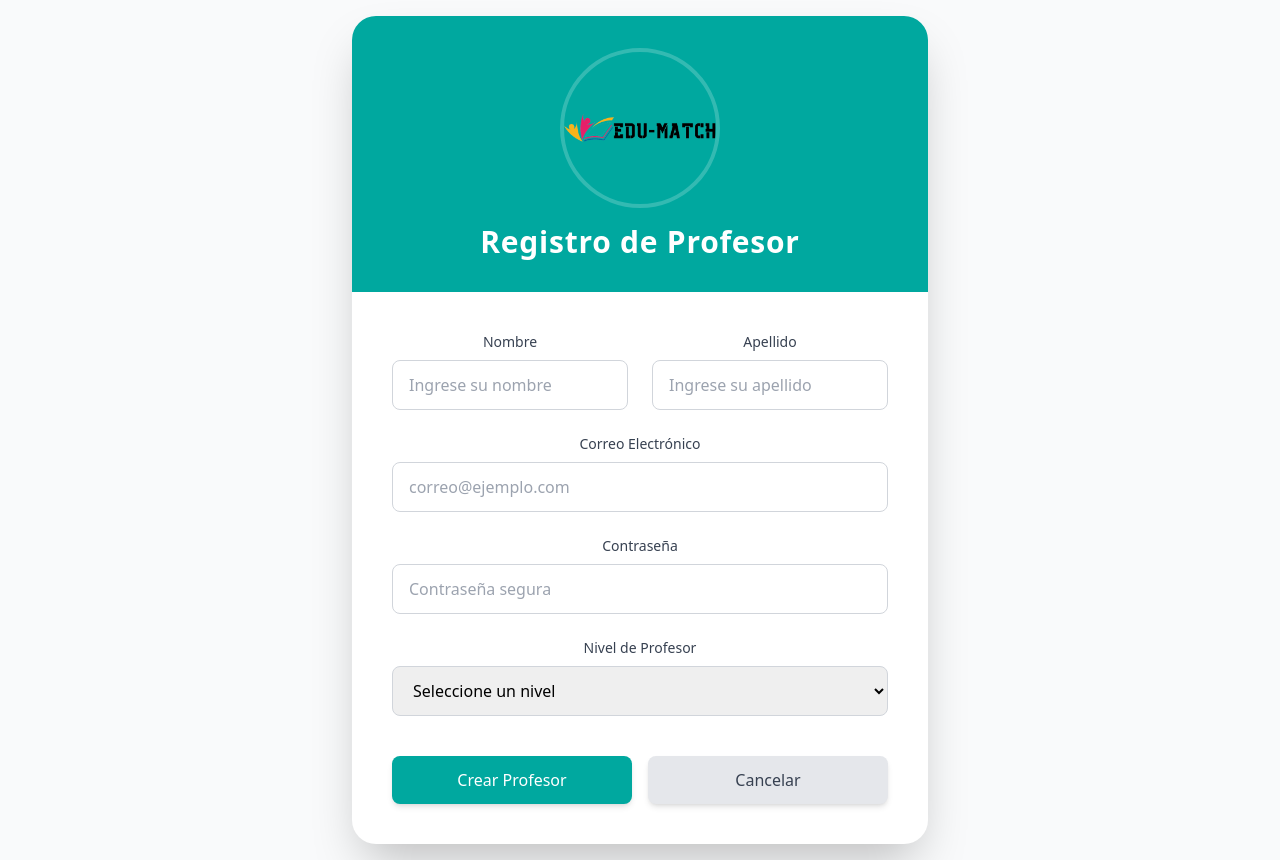
Repository: sofikalpin/EduMatch
Page: /administrador/listaProfesores/nuevoProfesor (app in frontend-sistema-apoyo/frontend-sistema-apoyo/)
The author's editor kept a copy of each file at every save. The page is drawn from the files as they stood at one save, then again after the next save.
The browser window is 1280 px wide. The pictures show the whole page.
The project was rebuilt for these pictures with package versions that can differ from the ones it lists, and the page was loaded fresh each time. Also part of the build but not shown: frontend-sistema-apoyo/frontend-sistema-apoyo/src/componentes/inicio/Componentes/TopBar.js, frontend-sistema-apoyo/frontend-sistema-apoyo/src/componentes/inicio/Componentes/ProgramDropdown.js, frontend-sistema-apoyo/frontend-sistema-apoyo/src/componentes/inicio/Componentes/Header.js, frontend-sistema-apoyo/frontend-sistema-apoyo/src/componentes/inicio/Componentes/Footer.js, frontend-sistema-apoyo/frontend-sistema-apoyo/src/componentes/inicio/Inicio/Inicio.js, frontend-sistema-apoyo/frontend-sistema-apoyo/src/componentes/login/ForgotPassword.js, frontend-sistema-apoyo/frontend-sistema-apoyo/src/componentes/login/Login.js, frontend-sistema-apoyo/frontend-sistema-apoyo/src/componentes/registrar/Registrar.js and 23 more.

Above is the page before, as saved 2025-02-03 23:01:52.

After the next save:
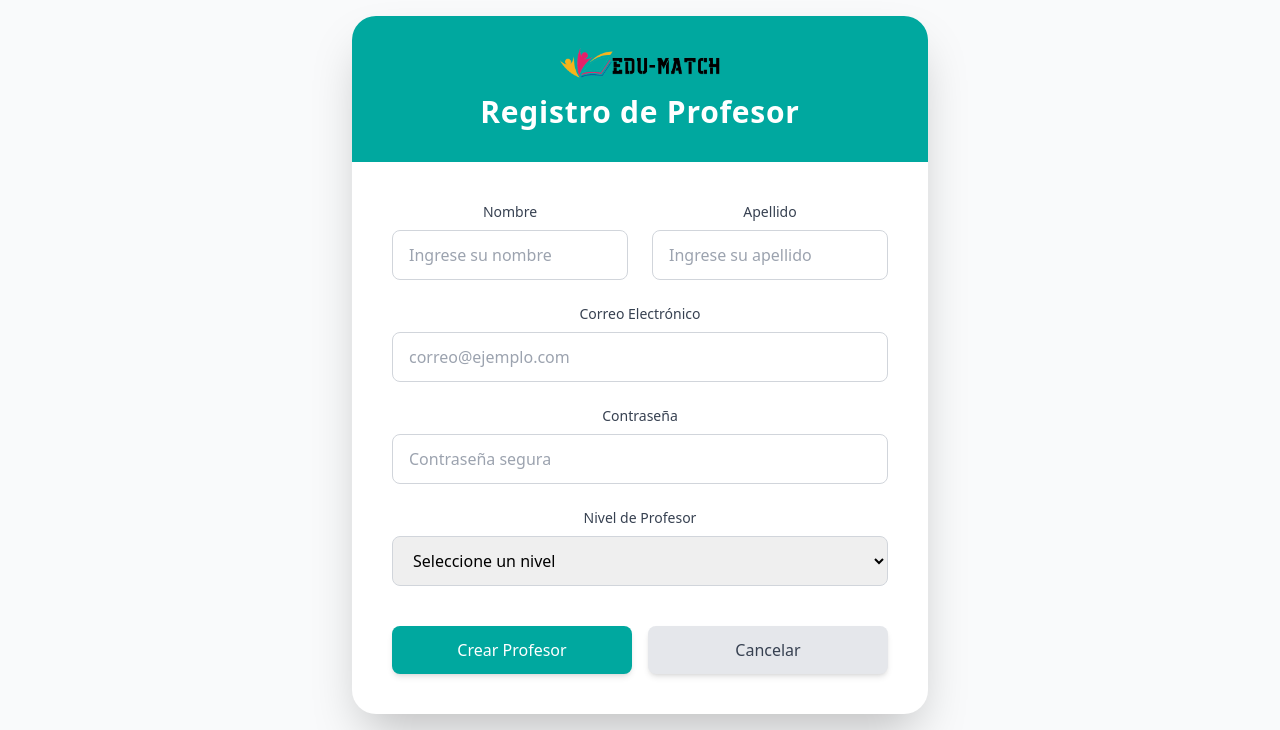
Saved 83 s later.
--- a/frontend-sistema-apoyo/frontend-sistema-apoyo/src/componentes/Administrador/Profesores/NuevoProfesor/nuevoProfesor.js
+++ b/frontend-sistema-apoyo/frontend-sistema-apoyo/src/componentes/Administrador/Profesores/NuevoProfesor/nuevoProfesor.js
@@ -72,7 +72,7 @@ export const NuevoProfesor = () => {
           <img
             src={logo}
             alt="Logo"
-            className="w-40 h-40 object-contain rounded-full border-4 border-white/20 mb-4"
+            className="w-40 h-auto object-contain mb-4"
           />
           <h3 className="text-3xl font-bold text-white tracking-wide">
             Registro de Profesor
